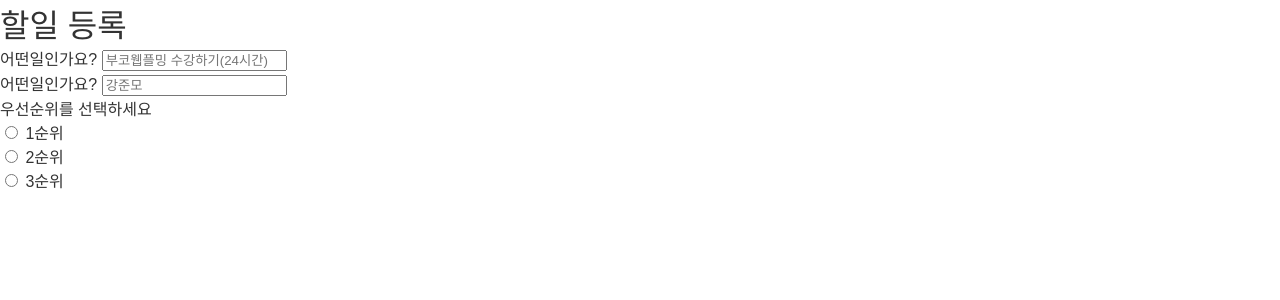
Repository: JmKanmo/BoostCourse_WebProgramming
Page: http://localhost/Todo/TodoFormServlet
These files come from the project's save history. The page is drawn as it stood at one moment and after the next save; the edit follows.
The browser window is 1280 px wide. The pictures show the whole page.
The page is served by Tomcat 9.

Above is the page before, as saved 2020-01-20 22:48:52.

After the next save:
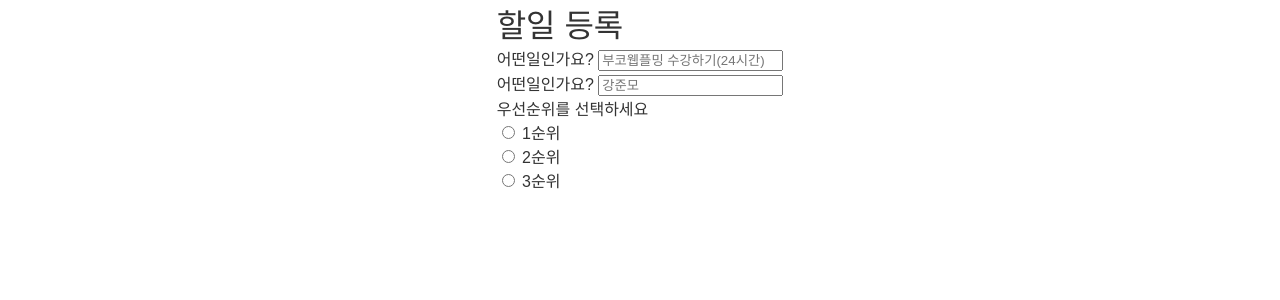
Saved 12 min 33 s later.
--- a/Todo/src/main/webapp/css/todoForm.css
+++ b/Todo/src/main/webapp/css/todoForm.css
@@ -26,3 +26,8 @@ html, body, h1, h2, h3, ul, ol, p, a, dl, dt, dd, figure {
 	margin: -1px;
 	overflow: hidden;
 }
+
+.wrap{
+	width: max-content;
+    margin: 0 auto;
+}
